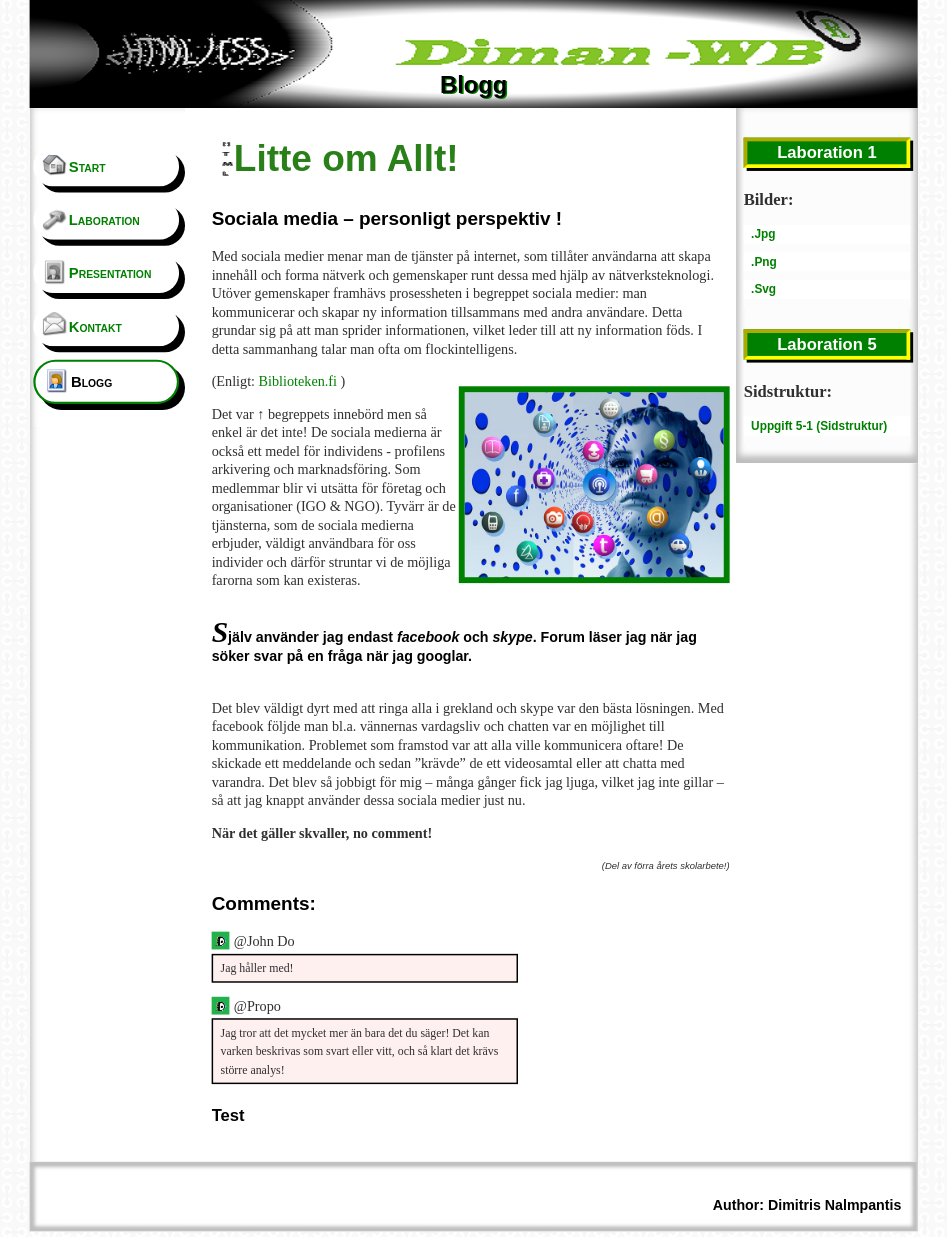
Repository: dn222em/1ik415-laborationer
Page: pages/blogg.html
The author's editor kept a record of every edit. The page is drawn from the files as they stood at one moment, then again after the next edit.
The browser window is 1280 px wide. The pictures show the whole page, at 74% of full size.
Backgrounds fixed to the window are drawn as part of the page.

Above is the page before.

After the next edit:
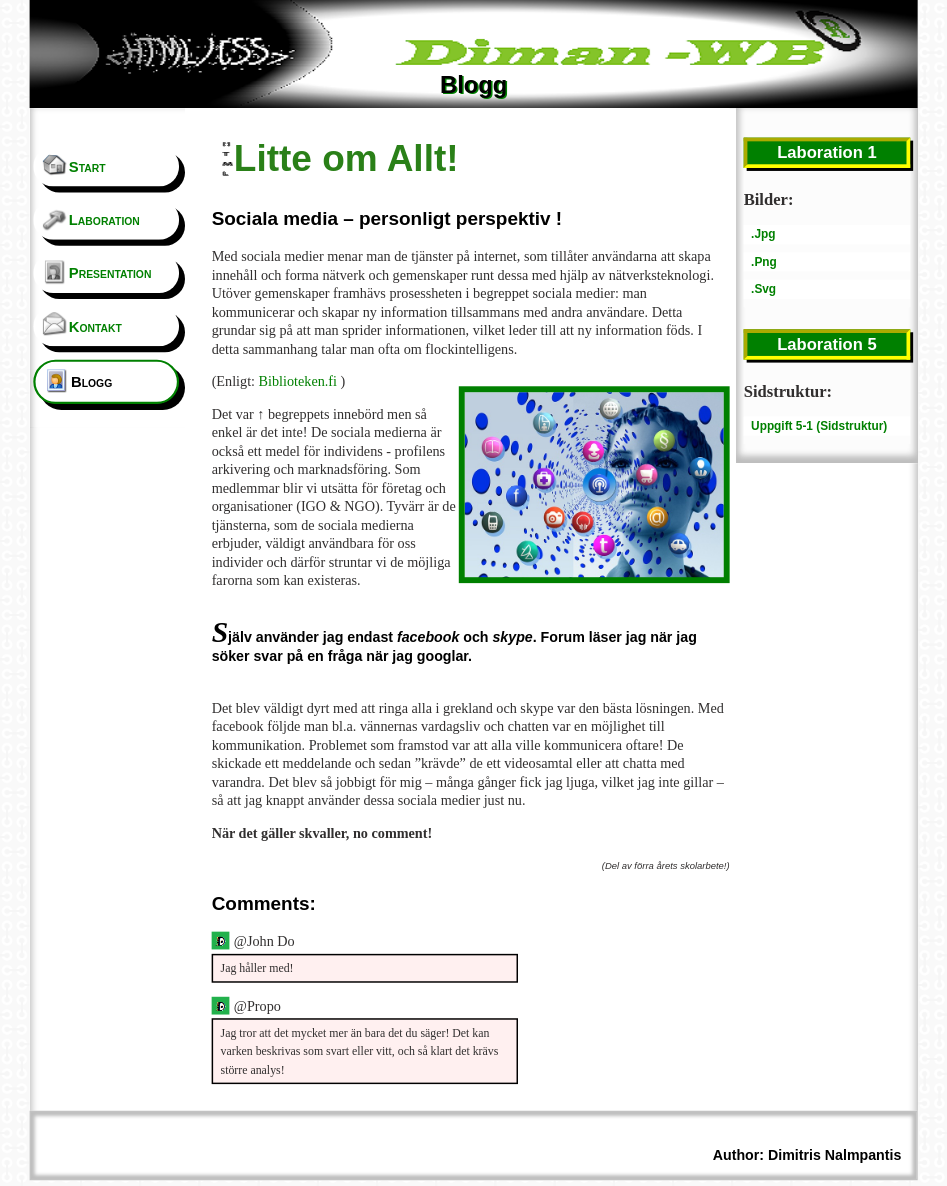
The edit:
--- a/pages/blogg.html
+++ b/pages/blogg.html
@@ -96,9 +96,6 @@
 						</div>
 				</article>
 		</article>
-		<section>
-			<h4>Test</h4>
-		</section>
 	</main>
 
 	<aside>
